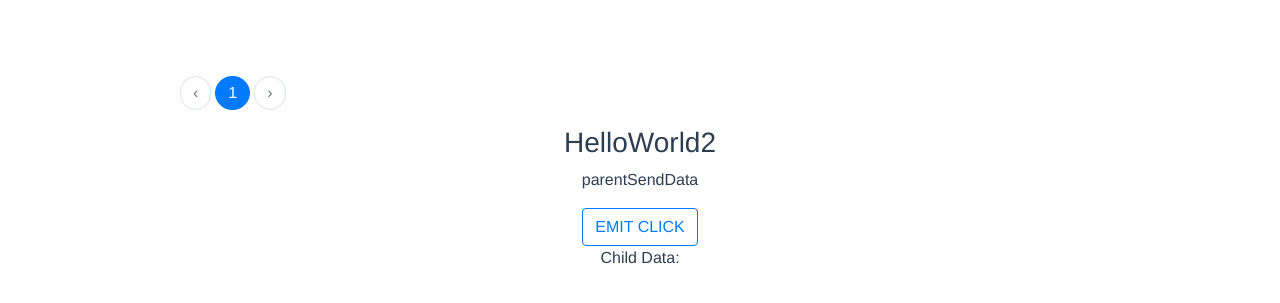
Repository: iian0910/bootstrapVue-demo
Page: /
The author's editor kept a copy of each file at every save. The page is drawn from the files as they stood at one save, then again after the next save.
The browser window is 1280 px wide. The pictures show the whole page.
The page's requests for data from a server got no answer. The project was rebuilt for these pictures with package versions that can differ from the ones it lists, and the page was loaded fresh each time. No one was signed in, and anything a server would have sent is missing.

Above is the page before, as saved 2021-04-26 14:07:14.

### src/main.ts
import axios from 'axios'
import { BootstrapVue, IconsPlugin } from 'bootstrap-vue'
import 'bootstrap-vue/dist/bootstrap-vue.css'
// Import Bootstrap an BootstrapVue CSS files (order is important)
import 'bootstrap/dist/css/bootstrap.css'
import Vue from 'vue'
import VueAxios from 'vue-axios'
import App from './App.vue'

// Make BootstrapVue available throughout your project
Vue.use(BootstrapVue)
// Optionally install the BootstrapVue icon components plugin
Vue.use(IconsPlugin)
Vue.use(VueAxios, axios)

Vue.config.productionTip = false

new Vue({
  render: h => h(App)
}).$mount('#app')

### src/App.vue
<template>
  <div id="app">
  <HelloWorld msg="Welcome to Your Vue.js + TypeScript App"/>
  </div>
</template>

<script lang="ts">
import { Component, Vue } from 'vue-property-decorator'
import HelloWorld from './components/HelloWorld.vue'

@Component({
  components: {
    HelloWorld
  }
})
export default class App extends Vue {}
</script>

<style lang="scss">
#app {
  font-family: Avenir, Helvetica, Arial, sans-serif;
  -webkit-font-smoothing: antialiased;
  -moz-osx-font-smoothing: grayscale;
  text-align: center;
  color: #2c3e50;
  margin-top: 60px;
}
</style>

### src/components/HelloWorld.vue
<template>
  <div>
    <div class="container">
      <div class="row">
        <div class="col-10 offset-1">
          <!-- Table: 基本款 -->
          <!-- <b-table striped hover :items="sliceDate"></b-table> -->

          <!-- Table: 客製化 -->
          <b-table
            striped hover
            :items="sliceDate"
          >
            <template #cell(seq)="sliceDate">{{sliceDate.item.seq}}</template>
            <template #cell(materialYear)="sliceDate">{{sliceDate.item.materialYear}}</template>
            <template #cell(statisticsProject)="sliceDate">{{sliceDate.item.statisticsProject}}</template>
            <template #cell(taxCategory)="sliceDate">{{sliceDate.item.taxCategory}}</template>
            <template #cell(value)="sliceDate">
              <div class="text-left">{{sliceDate.item.value | currencyChange}}</div>
            </template>
            <template #cell(dataUnit)="sliceDate">{{sliceDate.item.dataUnit}}</template>
          </b-table>
          <!-- Pagination -->
          <div class="d-flex justify-item-center">
            <b-pagination
              v-model="currentPage"
              :total-rows="data.length"
              :per-page="perPage"
              pills
              first-number
              last-number
              @click.native="sliceData(currentPage)"
            ></b-pagination>
          </div>
        </div>
      </div>
      <!-- Other Component (props / emit) -->
      <HelloWorld2
        :parentData="parentSendData"
        @childSendData="emitData"
      />
      <p>Child Data: {{childSendData}}</p>
    </div>
  </div>
</template>

<script lang="ts">
import { Component, Prop, Emit, Vue } from 'vue-property-decorator'
import HelloWorld2 from './HelloWorld2.vue'

// interFace
interface Data {
  seq: string;
  materialYear: string;
  statisticsProject: string;
  taxCategory: string;
  value: string;
  dataUnit: string;
}

// Component 宣告在最前面
@Component({
  components: {
    HelloWorld2
  },
  filters: {
    currencyChange (val: string) {
      val = parseFloat(val.replace(/\s/g, '').replace(/,/g, ''))
        .toString()
        .replace(/\B(?=(\d{3})+(?!\d))/g, ',')
      if (val === 'NaN') {
        val = ''
      }
      return '$' + val
    }
  }
})

export default class HelloWorld extends Vue {
  // Data
  private firstName = 'John'
  private lastName = 'Don'
  private apiURL = 'https://api.kcg.gov.tw/api/service/get/2c1d9959-d038-4918-bae3-409680f8193a'
  public data = []
  public sliceDate = []
  public parentSendData = 'parentSendData'
  public childSendData = ''
  public currentPage = 1 // 預設目前頁面
  public perPage = 10 // 每頁顯示項目數
  public sortBy = 'Value'
  public sortDesc = false

  // @Prop(props)
  @Prop()
  private msg!: string;

  // @Emit
  @Emit()
  private emitData (msg:string) {
    console.log(msg)
    this.childSendData = msg
  }

  // methods
  public hello () {
    console.log(this.firstName + ' ' + this.lastName)
  }

  private changeDataDTO (data:any) {
    this.data = data.map((res: any) => {
      const rowData = {} as Data
      rowData.seq = res.seq
      rowData.materialYear = res.資料年度
      rowData.statisticsProject = res.統計項目
      rowData.taxCategory = res.稅目別
      rowData.value = res.值
      rowData.dataUnit = res.資料單位
      return rowData
    })
  }

  private sliceData (currentPage: number) {
    this.sliceDate = this.data.slice(this.perPage * currentPage - this.perPage, this.perPage * currentPage)
  }

  // 生命週期
  public mounted () {
    this.$http.get(this.apiURL).then((res) => {
      this.data = res.data.data
      this.changeDataDTO(this.data)
      this.sliceData(this.currentPage)
    })
  }
}
</script>

<!-- Add "scoped" attribute to limit CSS to this component only -->
<style scoped lang="scss">
h3 {
  margin: 40px 0 0;
}
ul {
  list-style-type: none;
  padding: 0;
}
li {
  display: inline-block;
  margin: 0 10px;
}
a {
  color: #42b983;
}
</style>

### src/components/HelloWorld2.vue
<template>
  <div>
    <h3>HelloWorld2</h3>
    <p>{{parentData}}</p>
    <b-button variant="outline-primary" @click="childSendData">EMIT CLICK</b-button>
  </div>
</template>
<script lang="ts">
import { Component, Prop, Vue } from 'vue-property-decorator'

// Component 宣告在最前面
@Component({
  components: {}
})

export default class HelloWorld2 extends Vue {
  @Prop() private parentData!: string;

  childData = 'childSendData'

  public childSendData () {
    this.$emit('childSendData', this.childData)
  }
}
</script>
<style lang="">

</style>

Loaded but not shown: public/index.html (common file)

After the next save:
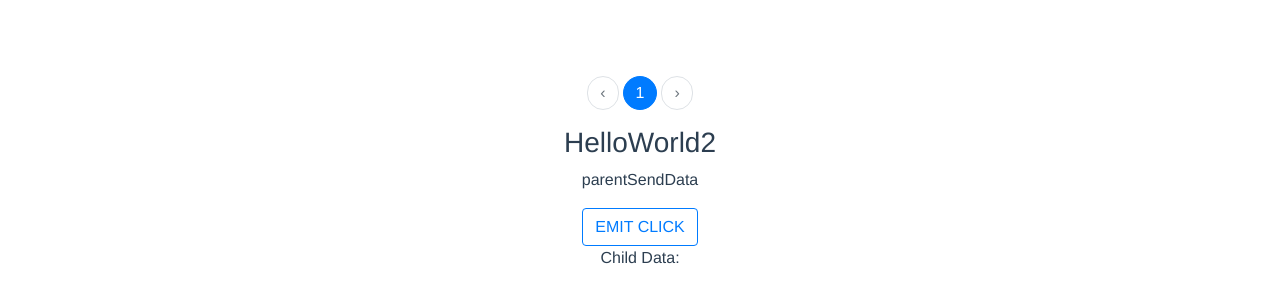
Saved 60 s later.
--- a/src/components/HelloWorld.vue
+++ b/src/components/HelloWorld.vue
@@ -21,7 +21,7 @@
             <template #cell(dataUnit)="sliceDate">{{sliceDate.item.dataUnit}}</template>
           </b-table>
           <!-- Pagination -->
-          <div class="d-flex justify-item-center">
+          <div class="d-flex justify-content-center">
             <b-pagination
               v-model="currentPage"
               :total-rows="data.length"
